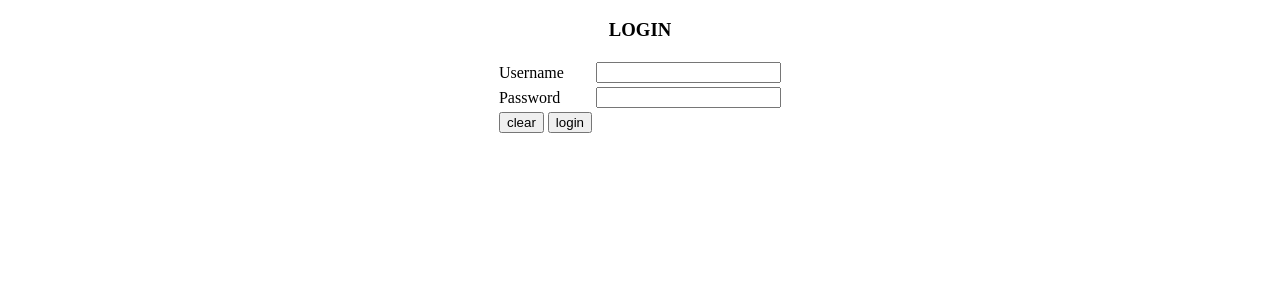
Repository: mounikrishna/java
Page: Servelts,JSP,JSTL/WebBasedApp/WebContent/ login.html
The author's editor kept a copy of each file at every save. The page is drawn from the files as they stood at one save, then again after the next save.
The browser window is 1280 px wide. The pictures show the whole page.

Above is the page before, as saved 2020-01-21 21:05:09.

After the next save:
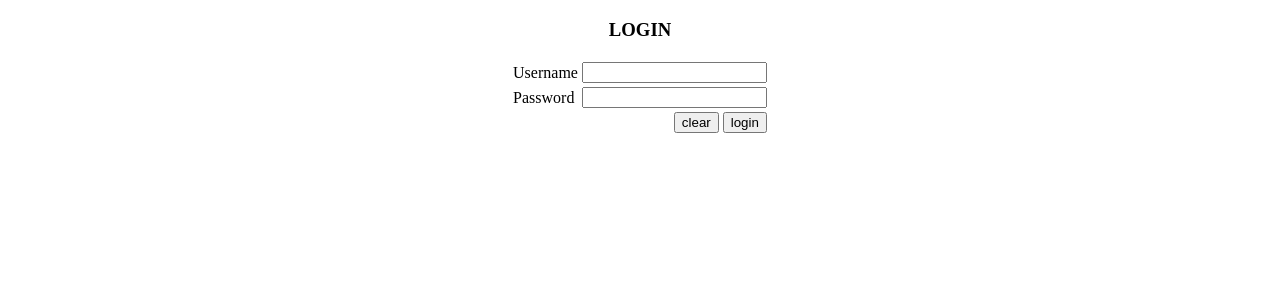
Saved 4 min 26 s later.
--- a/Servelts,JSP,JSTL/WebBasedApp/WebContent/ login.html
+++ b/Servelts,JSP,JSTL/WebBasedApp/WebContent/ login.html
@@ -18,7 +18,7 @@
 					<td><input type = "password" name= "password"></td>
 				</tr>
 				<tr>
-					<td align = "right"><input type = "reset" value= "clear">
+					<td colspan = "2" align = "right"><input type = "reset" value= "clear">
 													<input type = "submit" value= "login">
 					</td>
 
